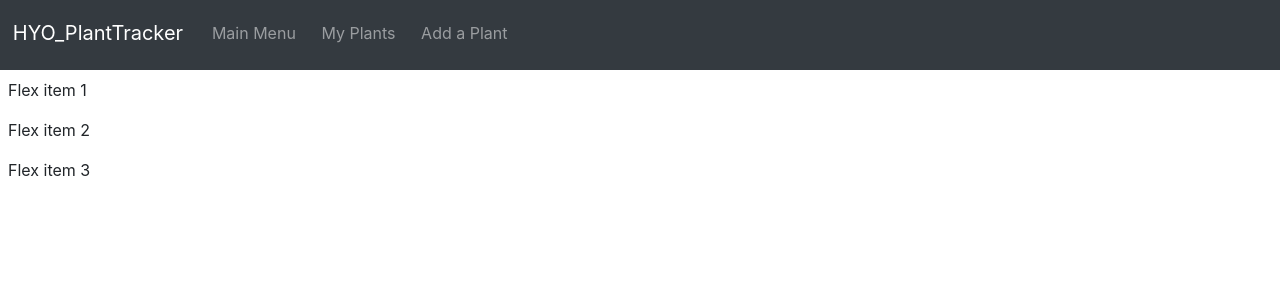
Repository: emersonwilliams/HYO_PlantTracker
Page: capstone_app/plant_tracker/templates/myplants.html
The author's editor kept a copy of each file at every save. The page is drawn from the files as they stood at one save, then again after a run of saves.
The browser window is 1280 px wide. The pictures show the whole page.

Above is the page before, as saved 2020-08-02 00:31:06.

After the next 3 saves:
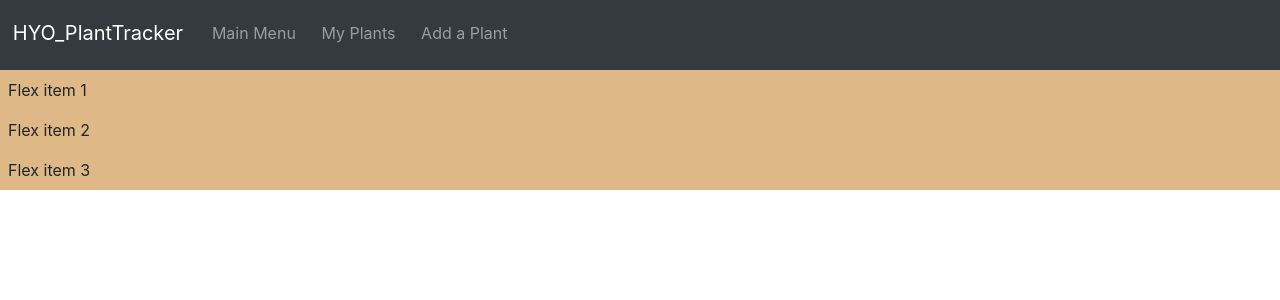
The 3 saves are shown as one change because they came seconds apart.
The last was saved 9 s later.
--- a/capstone_app/plant_tracker/static/css/myplants.css
+++ b/capstone_app/plant_tracker/static/css/myplants.css
@@ -7,4 +7,6 @@
     margin: 0.3em ;
 }
 
-.k1
+.k1{
+    background-color: burlywood;
+}
